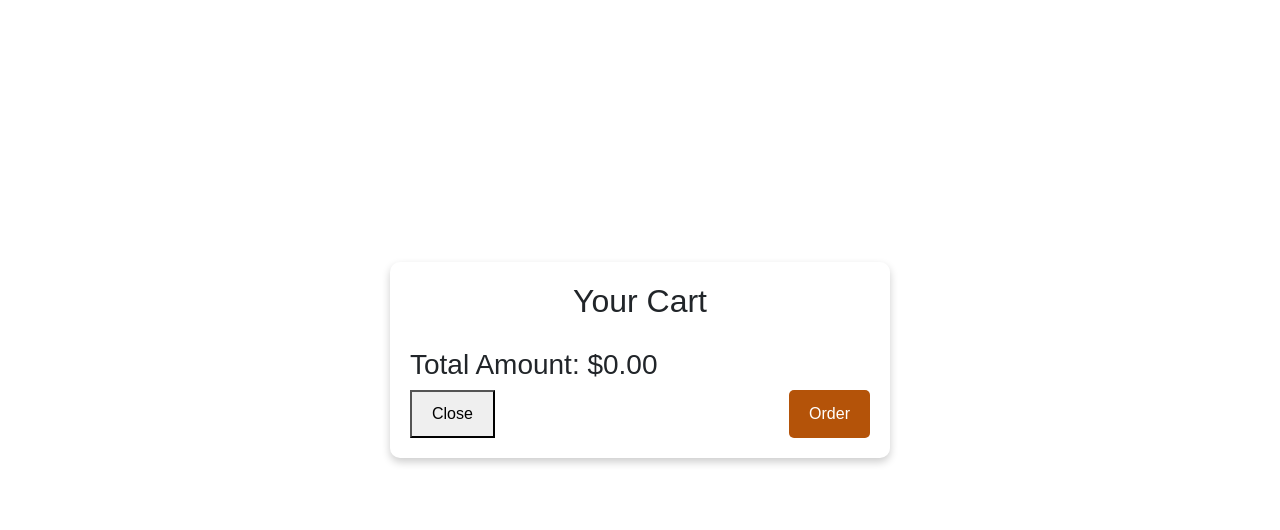
Repository: chelseajaculina/lab2-uber-eats
Page: /cart (app in frontend/)
An editor plug-in stored every save of this project. The page is shown before and after the next save, followed by the edit.
The browser window is 1280 px wide. The pictures show the whole page.
The project was rebuilt for these pictures with package versions that can differ from the ones it lists, and the page was loaded fresh each time. Also part of the build but not shown: frontend/src/components/Home.css, frontend/src/components/Logout.css, frontend/src/components/Logout.js, frontend/src/components/NavBarHome.js, frontend/src/components/Home.js, frontend/src/components/CustomerSignUp.js, frontend/src/components/RestaurantSignUp.js, frontend/src/components/SignUp.js and 27 more.

Above is the page before, as saved 2024-11-23 00:58:40.

### frontend/src/components/CartModal.js
import React, { useEffect, useState } from 'react';
import { useNavigate } from 'react-router-dom';
import './CartModal.css';

const CartModal = ({ cart, setCart, onClose }) => {
  const navigate = useNavigate();

  // State for customer ID and restaurant ID
  const [customerId, setCustomerId] = useState(null);
  const [restaurantId, setRestaurantId] = useState(null);

  // Extract customer ID and restaurant ID on component load
  useEffect(() => {
    // Retrieve customer ID from localStorage
    const storedCustomerId = localStorage.getItem('customer_id');
    if (storedCustomerId) {
      setCustomerId(storedCustomerId);
      console.log('Customer ID retrieved:', storedCustomerId);
    } else {
      console.warn('Customer ID not found in localStorage.');
    }

    // Extract the restaurant ID from the cart
    if (cart.length > 0) {
      const uniqueRestaurantIds = [...new Set(cart.map((item) => item.restaurant_id))];
      console.log('Unique restaurant IDs from cart:', uniqueRestaurantIds);

      if (uniqueRestaurantIds.length === 1) {
        setRestaurantId(uniqueRestaurantIds[0]);
        console.log('Restaurant ID set:', uniqueRestaurantIds[0]);
      } else if (uniqueRestaurantIds.length > 1) {
        console.warn('Multiple restaurant IDs detected:', uniqueRestaurantIds);
      } else {
        console.warn('No restaurant_id found in the cart.');
      }
    }
  }, [cart]);

  const increaseQuantity = (dishId) => {
    setCart((prevCart) =>
      prevCart.map((item) =>
        item.id === dishId ? { ...item, quantity: item.quantity + 1 } : item
      )
    );
  };

  const decreaseQuantity = (dishId) => {
    setCart((prevCart) =>
      prevCart
        .map((item) =>
          item.id === dishId ? { ...item, quantity: item.quantity - 1 } : item
        )
        .filter((item) => item.quantity > 0)
    );
  };

  const calculateTotal = () =>
    cart.reduce(
      (total, item) =>
        total + (parseFloat(item.price) || 0) * item.quantity,
      0
    ).toFixed(2);

  const handleOrder = () => {
    // Ensure both IDs are available before navigating
    if (!customerId || !restaurantId) {
      alert('Customer ID or Restaurant ID is missing. Please check your cart or log in.');
      return;
    }

    // Navigate to the Order Page with IDs and cart
    navigate('/order', {
      state: {
        cart,
        customerId,
        restaurantId,
      },
    });
  };

  return (
    <div className="cart-modal">
      <h2>Your Cart</h2>
      {customerId && <p><strong>Customer ID:</strong> {customerId}</p>}
      {restaurantId && <p><strong>Restaurant ID:</strong> {restaurantId}</p>}
      <div className="cart-items">
        {cart.map((item) => (
          <div className="cart-item" key={item.id}>
            <h4>{item.name}</h4>
            <p>${(parseFloat(item.price) || 0).toFixed(2)}</p>
            <div className="quantity-controls">
              <button onClick={() => decreaseQuantity(item.id)}>-</button>
              <span>x {item.quantity}</span>
              <button onClick={() => increaseQuantity(item.id)}>+</button>
            </div>
          </div>
        ))}
      </div>
      <div className="cart-total">
        <h3>Total Amount: ${calculateTotal()}</h3>
      </div>
      <div className="cart-actions">
        <button onClick={onClose}>Close</button>
        <button className="order-button" onClick={handleOrder}>
          Order
        </button>
      </div>
    </div>
  );
};

export default CartModal;

### frontend/src/components/SignUp.css
/* Shared container styling for login and signup */
.signup-container {
    display: flex;
    flex-direction: column;
    align-items: center;
    padding: 20px;
    width: 100%;
    background-color: #f7f7f7; /* Light gray background */
}

/* Shared header styling for both signup and login */
.signup-header {
    background-color: transparent;
    width: 100%;
    text-align: center;
    padding: 10px;
}

/* Brand title styling for consistency */
.brand-title {
    color: #000; /* Black color for "Uber" */
    font-size: 24px;
}

.brand-title span {
    color: #34a853; /* Green color for "Eats" */
}

/* Container to hold both forms side by side */
.signup-forms {
    display: flex;
    justify-content: space-between;
    width: 80%;
    max-width: 1200px;
    gap: 20px; /* Space between the two forms */
    margin-top: 20px;
}

/* Styling for each individual form container */
.form-container {
    flex: 1;
    background-color: white;
    padding: 20px;
    border-radius: 10px;
    box-shadow: 0 4px 10px rgba(0, 0, 0, 0.1);
    text-align: center;
}

/* Shared form styling for inputs and buttons */
.signup-form, .login-form {
    display: flex;
    flex-direction: column;
    width: 100%;
    margin-top: 20px;
}

.signup-form h2, h2 {
    text-align: center;
    font-size: 18px;
    margin-bottom: 10px;
    color: #333;
}

.signup-form input,  input {
    width: 100%;
    padding: 12px;
    margin: 8px 0;
    border-radius: 8px;
    border: 1px solid #ccc;
    font-size: 16px;
}

.continue-button {
    background-color: black;
    color: white;
    padding: 12px;
    border: none;
    border-radius: 8px;
    font-size: 16px;
    cursor: pointer;
    margin-top: 10px;
}

.divider {
    display: flex;
    align-items: center;
    text-align: center;
    margin: 20px 0;
}

.line {
    flex: 1;
    height: 1px;
    background-color: #ccc;
    border: none;
}



.google-button, .apple-button, .qr-code-button {
    display: flex;
    align-items: center;
    justify-content: center;
    background-color: #f5f5f5;
    color: black;
    padding: 12px;
    margin: 8px 0;
    border-radius: 8px;
    border: 1px solid #ccc;
    font-size: 16px;
    cursor: pointer;
}

.google-button img, .apple-button img, .qr-code-button img {
    width: 20px;
    height: 20px;
    margin-right: 10px;
}

.disclaimer {
    font-size: 12px;
    color: gray;
    text-align: center;
    margin-top: 10px;
    line-height: 1.5;
}

.link-button {
    color: #000;
    font-weight: bold;
    text-decoration: none;
    cursor: pointer;
    background: #000;  /* Remove default background */
    border: none;      /* Remove default border */
    padding: 0.5rem;   /* Optional padding to make it look button-like */
    color: #fff;
}

/* Responsive design for smaller screens */
@media (max-width: 768px) {
    .signup-forms {
        flex-direction: column;
        align-items: center;
    }

    .form-container {
        width: 100%;
        margin-bottom: 20px;
    }
}


/* Stretch buttons across form container */
.google-button, .apple-button, .qr-code-button {
    display: flex;
    align-items: center;
    justify-content: center;
    background-color: #f5f5f5;
    color: black;
    padding: 12px;
    margin: 8px 0;
    border-radius: 8px;
    border: 1px solid #ccc;
    font-size: 16px;
    cursor: pointer;
    width: 100%; /* Make buttons full width */
    max-width: 300px; /* Optional max-width to keep buttons from getting too wide */
}

/* Center the buttons within the form container */
.signup-form, .login-form {
    display: flex;
    flex-direction: column;
    align-items: center; /* Center all elements horizontally */
    width: 100%;
    margin-top: 20px;
}

/* Center the button icon */
.google-button .icon, .apple-button .icon, .qr-code-button .icon {
    margin-right: 10px;
    font-size: 20px;
}

### frontend/src/components/Welcome.css
/* General Reset */
* {
    margin: 0;
    padding: 0;
    box-sizing: border-box;
    font-family: Arial, Helvetica, sans-serif;
}

/* Container */
.landing-container {
    width: 100%;
    height: 100vh;
    background: url('/public/images/landing-bg.jpg') center/cover no-repeat;
    color: #000;
    display: flex;
    flex-direction: column;
    margin: 0;
    padding: 0;
}

/* Navigation Bar */
.navbar {
    display: flex;
    justify-content: space-between;
    align-items: center;
    padding: 1rem 2rem;
    background-color: transparent; /* Keep background transparent if desired */
    border-bottom: none; /* Ensure no bottom border */
    box-shadow: none; /* Ensure no shadow */
}


.navbar-left {
    display: flex;
    align-items: center;
    background-color: transparent;
}

.menu-button {
    font-size: 1.5rem;
    background: none;
    border: none;
    cursor: pointer;
    margin-right: 1rem;
    color: #000; /* White icon color */
}

.menu-button:focus {
    outline: none; /* Remove focus outline */
}

.brand-title {
    font-weight: bold;
    font-size: 1.5rem;
    color: #000;
}

.navbar-right {
    display: flex;
    align-items: center;
    background-color: transparent;
}

.navbar-right button {
    padding: 0.5rem 1rem;
    cursor: pointer;
    font-size: 1rem;
    margin-left: 1rem;
    border-radius: 5px;
    border: none; /* Ensure there is no border for solid button effect */
}

/* Log in Button - White with Black Border */
.login-button {
    background-color: #fff;          /* White background */
    color: #000;                     /* Black text */
    border: 1px solid #000;          /* Black border */
    border-radius: 5px;              /* Slightly rounded corners */
}

/* Sign up Button - Green with White Text */
.signup-button {
    background-color: #00ff80;  /* Green background */
    color: #fff;                     /* White text */
    border-radius: 5px;              /* Slightly rounded corners */
}

/* Hero Section */
.hero-section {
    display: flex;
    flex-direction: column;
    align-items: left;
    margin-top: 6rem;
    padding: 2rem;
    color: #000;
}

.hero-section h1 {
    font-size: 3rem;
    font-weight: bold;
    margin-bottom: 2rem;
}

/* Address Input Section */
.address-input-section {
    display: flex;
    align-items: center;
    gap: 1rem;
    width: 100%;
    max-width: 800px;
}

.input-box {
    display: flex;
    align-items: center;
    background: #fff;
    padding: 0.5rem;
    border-radius: 8px;
    flex-grow: 1;
    border: 1px solid #ddd;
}

.input-box .icon {
    margin-right: 0.5rem;
    color: #666;
}

.input-box input {
    border: none;
    outline: none;
    width: 100%;
    font-size: 1rem;
    padding: 0.5rem 0;
}

.delivery-time-dropdown {
    display: flex;
    align-items: center;
    background: #fff;
    padding: 0.5rem;
    border-radius: 8px;
    border: 1px solid #ddd;
}

.delivery-time-dropdown .icon {
    margin-right: 0.5rem;
    color: #666;
}

.delivery-time-dropdown select {
    border: none;
    outline: none;
    font-size: 1rem;
    background: transparent;
}

/* Search Button */
.search-button {
    background-color: #000;
    color: #fff;
    padding: 0.75rem 1.5rem;
    border: none;
    cursor: pointer;
    border-radius: 8px;
    font-weight: bold;
}

/* Sign In Link */
.signin-link {
    margin-top: 1rem;
    font-size: 1rem;
    color: #666;
}

.signin-link a {
    color: #000;
    font-weight: bold;
    text-decoration: none;
}

.signin-link a:hover {
    text-decoration: underline;
}

.link-button {
    color: #000;
    font-weight: bold;
    text-decoration: none;
    cursor: pointer;
    background: none;  /* Remove default background */
    border: none;      /* Remove default border */
    padding: 0.5rem;   /* Optional padding to make it look button-like */
}

.link-button:hover {
    text-decoration: underline; /* Add underline on hover */
}

### frontend/src/components/RestaurantMenu.css
/* General Reset */
* {
  margin: 0;
  padding: 0;
  box-sizing: border-box;
  font-family: Arial, Helvetica, sans-serif;
}

/* Container for the entire menu section */
.restaurant-menu {
  width: 100%;
  padding: 20px;
  display: flex;
  flex-direction: column;
  align-items: center;
  background-color: #f5f5f5;
}

/* Title of the menu */
.menu-title {
  font-size: 2rem;
  margin-bottom: 20px;
  color: #333;
}

/* Section for the add dish button */
.add-dish-section {
  width: 100%;
  display: flex;
  justify-content: center;
  margin-bottom: 20px;
}

.add-dish-button {
  padding: 10px 20px;
  font-size: 1rem;
  background-color: black;
  color: white;
  border: none;
  border-radius: 5px;
  cursor: pointer;
  transition: background-color 0.3s;
}

.add-dish-button:hover {
  background-color: #333;
}

/* Dishes list */
.dishes-list {
  width: 100%;
  display: flex;
  flex-wrap: wrap;
  justify-content: center;
  gap: 20px;
}

/* Individual dish card */
.dish-card {
  background-color: white;
  width: 250px;
  padding: 10px;
  border-radius: 10px;
  box-shadow: 0 4px 8px rgba(0, 0, 0, 0.1);
  text-align: center;
  display: flex;
  flex-direction: column;
  align-items: center;
}

.dish-image {
  width: 100%;
  height: 180px;
  object-fit: cover;
  border-radius: 10px;
  margin-bottom: 10px;
}

.dish-card h3 {
  font-size: 1.2rem;
  color: #333;
}

.dish-card p {
  font-size: 0.9rem;
  color: #555;
}

.dish-card strong {
  color: #000;
}

/* Modal overlay */
.modal-overlay {
  position: fixed;
  top: 0;
  left: 0;
  width: 100%;
  height: 100%;
  background-color: rgba(0, 0, 0, 0.5);
  display: flex;
  justify-content: center;
  align-items: center;
}

/* Modal content */
.modal-content {
  background-color: white;
  padding: 20px;
  width: 400px;
  border-radius: 10px;
  box-shadow: 0 4px 8px rgba(0, 0, 0, 0.2);
}

.modal-content h2 {
  font-size: 1.5rem;
  margin-bottom: 20px;
  color: #333;
}

.dish-form {
  display: flex;
  flex-direction: column;
  gap: 10px;
}

.dish-form input,
.dish-form select,
.dish-form textarea {
  padding: 10px;
  font-size: 1rem;
  border: 1px solid #ccc;
  border-radius: 5px;
  width: 100%;
  box-sizing: border-box;
}

.dish-form textarea {
  resize: vertical;
  height: 100px;
}

.form-buttons {
  display: flex;
  justify-content: space-between;
}

.save-button {
  background-color: #00cc66;
  color: white;
  padding: 10px 20px;
  border: none;
  border-radius: 5px;
  cursor: pointer;
  transition: background-color 0.3s;
}

.save-button:hover {
  background-color: #00a653;
}

.cancel-button {
  background-color: #ccc;
  color: #333;
  padding: 10px 20px;
  border: none;
  border-radius: 5px;
  cursor: pointer;
  transition: background-color 0.3s;
}

.cancel-button:hover {
  background-color: #bbb;
}

/* Price input styling */
.price-input {
  display: flex;
  align-items: center;
}

.price-input span {
  margin-right: 10px;
  font-size: 1rem;
  color: #333;
}

/* Loading message */
.loading {
  text-align: center;
  font-size: 1.2rem;
  color: #333;
}

### frontend/src/components/CartModal.css
/* src/components/CartModal.css */
.cart-modal {
    position: fixed;
    top: 50%;
    left: 50%;
    transform: translate(-50%, -50%);
    background-color: white;
    padding: 20px;
    border-radius: 10px;
    box-shadow: 0 4px 8px rgba(0, 0, 0, 0.2);
    width: 90%;
    max-width: 500px;
  }

  .cart-items {
    max-height: 300px;
    overflow-y: auto;
    margin-bottom: 20px;
  }

  .cart-item {
    display: flex;
    justify-content: space-between;
    align-items: center;
    padding: 10px 0;
    border-bottom: 1px solid #ddd;
  }

  .quantity-controls {
    display: flex;
    align-items: center;
  }

  .quantity-controls button {
    background: none;
    border: 1px solid #ccc;
    padding: 5px;
    cursor: pointer;
    margin: 0 5px;
  }

  .cart-total {
    font-weight: bold;
    margin-top: 20px;
  }

  .cart-actions {
    display: flex;
    justify-content: space-between;
  }

  .cart-actions button {
    padding: 10px 20px;
    cursor: pointer;
  }

  .order-button {
    background-color: #b45309;
    color: white;
    border: none;
    padding: 10px 20px;
    cursor: pointer;
    border-radius: 5px;
  }

  .cart-modal p {
    margin: 5px 0;
    font-size: 14px;
  }

### frontend/src/components/NavBarBusiness.css
/* General Reset */
* {
    margin: 0;
    padding: 0;
    box-sizing: border-box;
    font-family: Arial, Helvetica, sans-serif;
}

.landing-container {
    width: 100%;
    height: 100vh;
    background: url('/public/images/landing-bg.jpg') center/cover no-repeat;
    color: #000;
    display: flex;
    flex-direction: column;
}


/* Navigation Bar */
.navbar {
    display: flex;
    justify-content: space-between;
    align-items: center;
    padding: 1rem;
    background-color: transparent;
    color: #fff;
    flex-wrap: wrap; /* Allows items to wrap in small screens */
    width: 100%;
}

/* Navbar Left Section */
.navbar-left {
    display: flex;
    align-items: center;
    flex-wrap: wrap;
    gap: 1rem;
}

/* Menu Button */
.menu-button {
    font-size: 1.5rem;
    background: none;
    border: none;
    cursor: pointer;
    color: #fff;
}

/* Brand Title */
.brand-title {
    font-weight: bold;
    font-size: 1.5rem;
    color: #000;
    text-decoration: none;
}

.brand-link {
    color: #000;
    text-decoration: none;
}

/* Delivery and Pickup Buttons */
.delivery-pickup-buttons {
    display: flex;
    gap: 0.5rem;
}

.delivery-btn, .pickup-btn {
    padding: 0.5rem 1rem;
    border-radius: 20px;
    border: none;
    cursor: pointer;
    background-color: #f6f6f6;
    color: #000;
    transition: background-color 0.3s;
}

.delivery-btn.active {
    background-color: #fff;
    border: 1px solid #ddd;
}

/* Navbar Right Section */
.navbar-right {
    display: flex;
    align-items: center;
    gap: 1rem;
    flex-wrap: wrap;
    flex: 1;
    justify-content: flex-end;
    width: 100%;
}

.location {
    display: flex;
    align-items: center;
    gap: 0.5rem;
    font-size: 1rem;
    color: #fff;
    white-space: nowrap;
}

.search-box {
    display: flex;
    align-items: center;
    background-color: #f6f6f6;
    padding: 0.5rem 1rem;
    border-radius: 20px;
    gap: 0.5rem;
    flex-grow: 1; /* Expand the search box */
    max-width: 400px;
    min-width: 200px;
}

.search-box input {
    border: none;
    background: transparent;
    outline: none;
    width: 100%;
    color: #000;
}

.login-button {
    padding: 0.5rem 1rem;
    background-color: #fff;
    color: #000;
    border: 1px solid #000;
    border-radius: 5px;
    cursor: pointer;
}

.signup-button {
    padding: 0.5rem 1rem;
    background-color: #000;
    color: #fff;
    border: none;
    border-radius: 5px;
    cursor: pointer;
}

.shopping-cart-icon {
    font-size: 1.5rem;
    color: #00cc66;
}

/* Side Menu */
.side-menu {
    position: fixed;
    top: 0;
    left: 0;
    width: 300px;
    height: 100%;
    background-color: #fff;
    box-shadow: 2px 0 5px rgba(0, 0, 0, 0.3);
    padding: 2rem;
    z-index: 1000;
    display: flex;
    flex-direction: column;
    gap: 1rem;
}

.close-button {
    align-self: flex-end;
    background: none;
    border: none;
    font-size: 1.5rem;
    cursor: pointer;
}

.signup-side-button, .login-side-button {
    width: 100%;
    padding: 1rem;
    border-radius: 5px;
    border: none;
    cursor: pointer;
    font-size: 1.2rem;
}

.signup-side-button {
    background-color: #000;
    color: #fff;
}

.login-side-button {
    background-color: #f0f0f0;
    color: #000;
}

.side-links {
    display: flex;
    flex-direction: column;
    gap: 1rem;
}

.side-links a {
    text-decoration: none;
    color: #000;
    font-weight: bold;
}

.download-app {
    margin-top: auto;
    text-align: center;
}

.app-links button {
    margin: 1rem 0.5rem;
    padding: 0.5rem 1rem;
    border-radius: 5px;
    border: none;
    cursor: pointer;
    font-weight: bold;
}

/* Media Queries for Responsive Design */
@media (max-width: 768px) {
    .navbar {
        padding: 0.5rem 1rem;
    }

    .navbar-right {
        flex-direction: column;
        gap: 0.5rem;
        width: 100%;
        justify-content: center;
        align-items: flex-start;
    }

    .search-box {
        order: 2;
        margin-top: 1rem;
        width: 100%;
    }

    .location {
        display: none;
    }
}

@media (max-width: 480px) {
    .delivery-pickup-buttons {
        display: none; /* Hide on small screens */
    }

    .signup-button, .login-button {
        padding: 0.3rem 0.8rem;
    }

    .shopping-cart-icon {
        font-size: 1.2rem;
    }

    .navbar {
        flex-direction: column;
        align-items: flex-start;
    }

    .brand-title {
        font-size: 1.2rem;
    }
}

Loaded but not shown: frontend/public/index.html (common file); frontend/src/App.js (86 lines, source omitted); frontend/src/contexts/CartContext.js (42 lines, source omitted); frontend/src/index.js (14 lines, source omitted); frontend/src/components/NavBar.css (372 lines, source omitted)

After the next save:
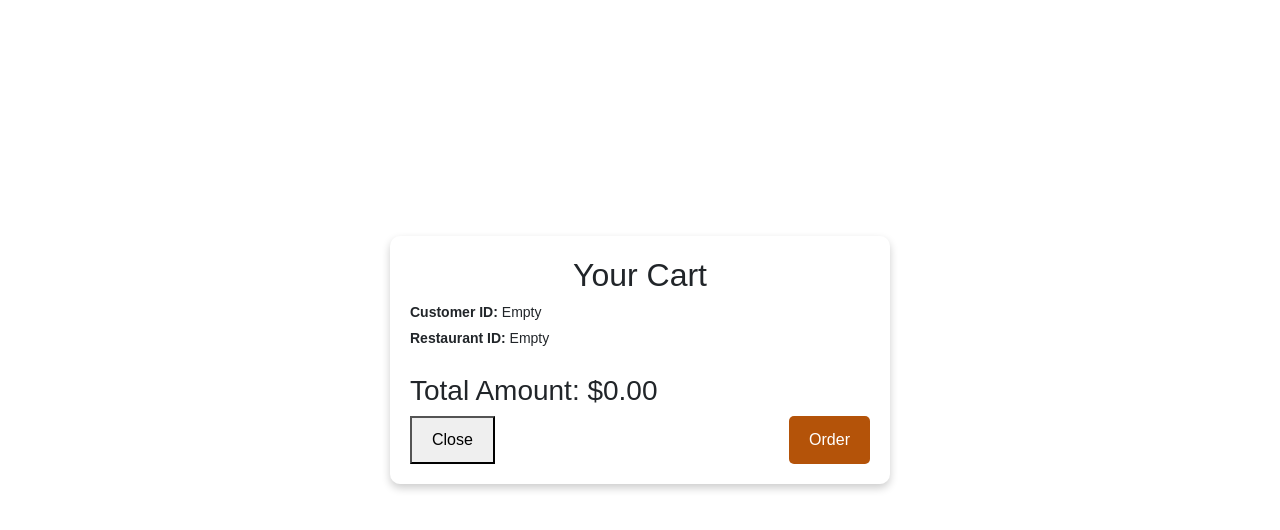
Saved 117 s later.
--- a/frontend/src/components/CartModal.js
+++ b/frontend/src/components/CartModal.js
@@ -1,5 +1,6 @@
 import React, { useEffect, useState } from 'react';
 import { useNavigate } from 'react-router-dom';
+import jwtDecode from 'jwt-decode'; // Install using npm install jwt-decode
 import './CartModal.css';
 
 const CartModal = ({ cart, setCart, onClose }) => {
@@ -9,15 +10,22 @@ const CartModal = ({ cart, setCart, onClose }) => {
   const [customerId, setCustomerId] = useState(null);
   const [restaurantId, setRestaurantId] = useState(null);
 
-  // Extract customer ID and restaurant ID on component load
+  // Extract Customer ID and Restaurant ID from token and cart
   useEffect(() => {
-    // Retrieve customer ID from localStorage
-    const storedCustomerId = localStorage.getItem('customer_id');
-    if (storedCustomerId) {
-      setCustomerId(storedCustomerId);
-      console.log('Customer ID retrieved:', storedCustomerId);
+    // Retrieve token from localStorage
+    const token = localStorage.getItem('access_token');
+    if (token) {
+      try {
+        const decodedToken = jwtDecode(token); // Decode the token
+        setCustomerId(decodedToken.customer_id || 'Empty');
+        console.log('Customer ID retrieved from token:', decodedToken.customer_id);
+      } catch (error) {
+        console.error('Error decoding token:', error);
+        setCustomerId('Empty'); // Default value if decoding fails
+      }
     } else {
-      console.warn('Customer ID not found in localStorage.');
+      console.warn('Access token not found.');
+      setCustomerId('Empty'); // Default value if token is missing
     }
 
     // Extract the restaurant ID from the cart
@@ -30,9 +38,14 @@ const CartModal = ({ cart, setCart, onClose }) => {
         console.log('Restaurant ID set:', uniqueRestaurantIds[0]);
       } else if (uniqueRestaurantIds.length > 1) {
         console.warn('Multiple restaurant IDs detected:', uniqueRestaurantIds);
+        setRestaurantId('Multiple IDs'); // Default value for multiple IDs
       } else {
         console.warn('No restaurant_id found in the cart.');
+        setRestaurantId('Empty'); // Default value if no restaurant ID is found
       }
+    } else {
+      setRestaurantId('Empty'); // Default value if cart is empty
+      console.warn('Cart is empty.');
     }
   }, [cart]);
 
@@ -63,7 +76,7 @@ const CartModal = ({ cart, setCart, onClose }) => {
 
   const handleOrder = () => {
     // Ensure both IDs are available before navigating
-    if (!customerId || !restaurantId) {
+    if (!customerId || !restaurantId || customerId === 'Empty' || restaurantId === 'Empty') {
       alert('Customer ID or Restaurant ID is missing. Please check your cart or log in.');
       return;
     }
@@ -81,8 +94,8 @@ const CartModal = ({ cart, setCart, onClose }) => {
   return (
     <div className="cart-modal">
       <h2>Your Cart</h2>
-      {customerId && <p><strong>Customer ID:</strong> {customerId}</p>}
-      {restaurantId && <p><strong>Restaurant ID:</strong> {restaurantId}</p>}
+      <p><strong>Customer ID:</strong> {customerId}</p>
+      <p><strong>Restaurant ID:</strong> {restaurantId}</p>
       <div className="cart-items">
         {cart.map((item) => (
           <div className="cart-item" key={item.id}>
